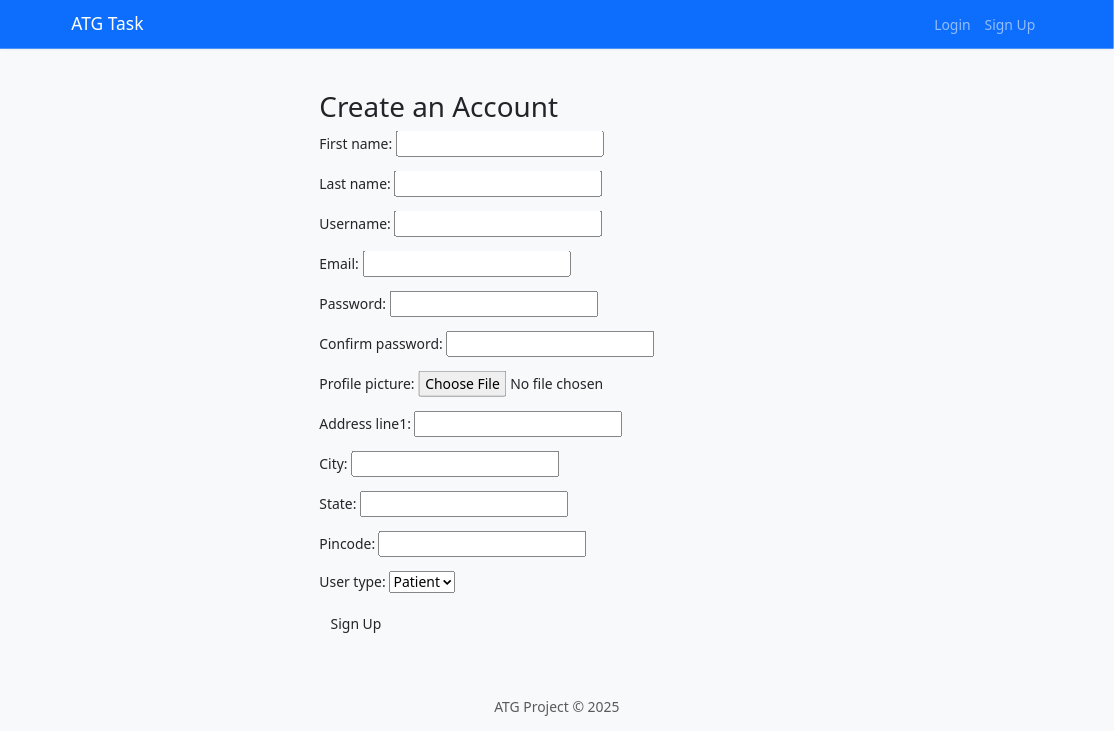
Repository: Syed1818/banaoprojects
Page: http://localhost/signup/
An editor plug-in stored every save of this project. The page is shown before and after the next save, followed by the edit.
The browser window is 1280 px wide. The pictures show the whole page, at 87% of full size.
The page is served by the project's application, run on Django 3.2 (manage.py). Other server files are loaded and not shown.

Above is the page before, as saved 2025-10-22 12:27:45.

### users/templates/users/signup.html
{% extends 'users/base.html' %}

{% block content %}
    <h2>Create an Account</h2>
    <form method="post" enctype="multipart/form-data">
        {% csrf_token %}
        {{ form.as_p }}
        <button type="submit" class="btn">Sign Up</button>
    </form>
{% endblock %}

### users/templates/users/base.html
<!DOCTYPE html>
<html lang="en">
<head>
    <meta charset="UTF-8">
    <meta name="viewport" content="width=device-width, initial-scale=1.0">
    <title>ATG Task</title>

    <link href="https://cdn.jsdelivr.net/npm/bootstrap@5.3.3/dist/css/bootstrap.min.css" rel="stylesheet" integrity="sha384-QWTKZyjpPEjISv5WaRU9OFeRpok6YctnYmDr5pNlyT2bRjXh0JMhjY6hW+ALEwIH" crossorigin="anonymous">

    <style>
        /* A little extra style for a nice background */
        body {
            background-color: #f8f9fa;
        }
    </style>
</head>
<body class="d-flex flex-column min-vh-100">

    <nav class="navbar navbar-expand-lg navbar-dark bg-primary shadow-sm">
        <div class="container">
            <a class="navbar-brand" href="/">ATG Task</a>
            <button class="navbar-toggler" type="button" data-bs-toggle="collapse" data-bs-target="#navbarNav" aria-controls="navbarNav" aria-expanded="false" aria-label="Toggle navigation">
                <span class="navbar-toggler-icon"></span>
            </button>
            <div class="collapse navbar-collapse" id="navbarNav">
                <ul class="navbar-nav ms-auto">
                    {% if user.is_authenticated %}
                        <li class="nav-item">
                            <span class="navbar-text me-3">
                                Hi, {{ user.first_name }}!
                            </span>
                        </li>
                        <li class="nav-item">
                            <a class="btn btn-danger" href="{% url 'logout' %}">Logout</a>
                        </li>
                    {% else %}
                        <li class="nav-item">
                            <a class="nav-link" href="{% url 'login' %}">Login</a>
                        </li>
                        <li class="nav-item">
                            <a class="nav-link" href="{% url 'signup' %}">Sign Up</a>
                        </li>
                    {% endif %}
                </ul>
            </div>
        </div>
    </nav>

    <div class="container mt-5 mb-5">
        <div class="row justify-content-center">
            <div class="col-md-8 col-lg-6">
                {% block content %}
                {% endblock %}
            </div>
        </div>
    </div>

    <footer class="mt-auto py-3 bg-light text-center">
        <div class="container">
            <span class="text-muted">ATG Project &copy; 2025</span>
        </div>
    </footer>

    <script src="https://cdn.jsdelivr.net/npm/bootstrap@5.3.3/dist/js/bootstrap.bundle.min.js" integrity="sha384-YvpcrYf0tY3lHB60NNkmXc5s9fDVZLESaAA55NDzOxhy9GkcIdslK1eN7N6jIeHz" crossorigin="anonymous"></script>
</body>
</html>

### users/forms.py
# users/forms.py (Create this new file)

from django import forms
from .models import Profile
from django.contrib.auth.models import User

class SignUpForm(forms.Form):
    # Fields from built-in User model
    first_name = forms.CharField(max_length=100, required=True)
    last_name = forms.CharField(max_length=100, required=True)
    username = forms.CharField(max_length=100, required=True)
    email = forms.EmailField(required=True)
    password = forms.CharField(widget=forms.PasswordInput, required=True)
    confirm_password = forms.CharField(widget=forms.PasswordInput, required=True)

    # Fields from our Profile model
    profile_picture = forms.ImageField(required=True)
    address_line1 = forms.CharField(max_length=255, required=True)
    city = forms.CharField(max_length=100, required=True)
    state = forms.CharField(max_length=100, required=True)
    pincode = forms.CharField(max_length=6, required=True)
    user_type = forms.ChoiceField(choices=Profile.USER_TYPE_CHOICES, required=True)

    # Check for unique username
    def clean_username(self):
        username = self.cleaned_data.get('username')
        if User.objects.filter(username=username).exists():
            raise forms.ValidationError("This username is already taken.")
        return username

    # Check for unique email
    def clean_email(self):
        email = self.cleaned_data.get('email')
        if User.objects.filter(email=email).exists():
            raise forms.ValidationError("This email is already in use.")
        return email

    # Check if passwords match (Task requirement 3)
    def clean(self):
        cleaned_data = super().clean()
        password = cleaned_data.get("password")
        confirm_password = cleaned_data.get("confirm_password")

        if password and confirm_password and password != confirm_password:
            self.add_error('confirm_password', "Passwords do not match.")

### users/views.py
# users/views.py

from django.shortcuts import render, redirect
from django.contrib.auth import login, authenticate, logout
from django.contrib.auth.forms import AuthenticationForm
from django.contrib.auth.models import User
from django.contrib.auth.decorators import login_required
from .forms import SignUpForm
from .models import Profile

def signup_view(request):
    if request.user.is_authenticated:
        # If user is already logged in, redirect them
        if request.user.profile.user_type == 'doctor':
            return redirect('doctor_dashboard')
        return redirect('patient_dashboard')

    if request.method == 'POST':
        # Pass POST data and FILES data (for the image) to the form
        form = SignUpForm(request.POST, request.FILES)
        if form.is_valid():
            data = form.cleaned_data

            # Create the User object
            user = User.objects.create_user(
                username=data['username'],
                email=data['email'],
                password=data['password'],
                first_name=data['first_name'],
                last_name=data['last_name']
            )

            # Create the Profile object linked to the user
            profile = Profile.objects.create(
                user=user,
                profile_picture=data['profile_picture'],
                address_line1=data['address_line1'],
                city=data['city'],
                state=data['state'],
                pincode=data['pincode'],
                user_type=data['user_type']
            )

            # Log the user in
            login(request, user)

            # Redirect to the correct dashboard
            if profile.user_type == 'doctor':
                return redirect('doctor_dashboard')
            else:
                return redirect('patient_dashboard')
    else:
        form = SignUpForm()

    return render(request, 'users/signup.html', {'form': form})

def login_view(request):
    if request.user.is_authenticated:
        # If user is already logged in, redirect them
        if request.user.profile.user_type == 'doctor':
            return redirect('doctor_dashboard')
        return redirect('patient_dashboard')

    if request.method == 'POST':
        form = AuthenticationForm(request, data=request.POST)
        if form.is_valid():
            username = form.cleaned_data.get('username')
            password = form.cleaned_data.get('password')
            user = authenticate(username=username, password=password)

            if user is not None:
                login(request, user)
                # Redirect based on user type (Task requirement)
                if user.profile.user_type == 'doctor':
                    return redirect('doctor_dashboard')
                else:
                    return redirect('patient_dashboard')
    else:
        form = AuthenticationForm()

    return render(request, 'users/login.html', {'form': form})

@login_required
def patient_dashboard(request):
    # Ensure only patients can access this page
    if request.user.profile.user_type != 'patient':
        return redirect('doctor_dashboard') # Or a 403 forbidden page

    profile = request.user.profile
    return render(request, 'users/dashboard.html', {'profile': profile})

@login_required
def doctor_dashboard(request):
    # Ensure only doctors can access this page
    if request.user.profile.user_type != 'doctor':
        return redirect('patient_dashboard') # Or a 403 forbidden page

    profile = request.user.profile
    return render(request, 'users/dashboard.html', {'profile': profile})

def logout_view(request):
    logout(request)
    return redirect('login')

### atg_project/urls.py
# atg_project/urls.py

from django.contrib import admin
from django.urls import path, include
from django.conf import settings
from django.conf.urls.static import static

urlpatterns = [
    path('admin/', admin.site.urls),
    path('', include('users.urls')), # Include your app's URLs
]

# Add this line to serve media files during development
if settings.DEBUG:
    urlpatterns += static(settings.MEDIA_URL, document_root=settings.MEDIA_ROOT)

### users/urls.py
# users/urls.py (Create this new file)

from django.urls import path
from . import views

urlpatterns = [
    path('signup/', views.signup_view, name='signup'),
    path('login/', views.login_view, name='login'),
    path('logout/', views.logout_view, name='logout'),
    path('dashboard/patient/', views.patient_dashboard, name='patient_dashboard'),
    path('dashboard/doctor/', views.doctor_dashboard, name='doctor_dashboard'),

    # Make the login page the default home page
    path('', views.login_view, name='home'),
]

After the next save:
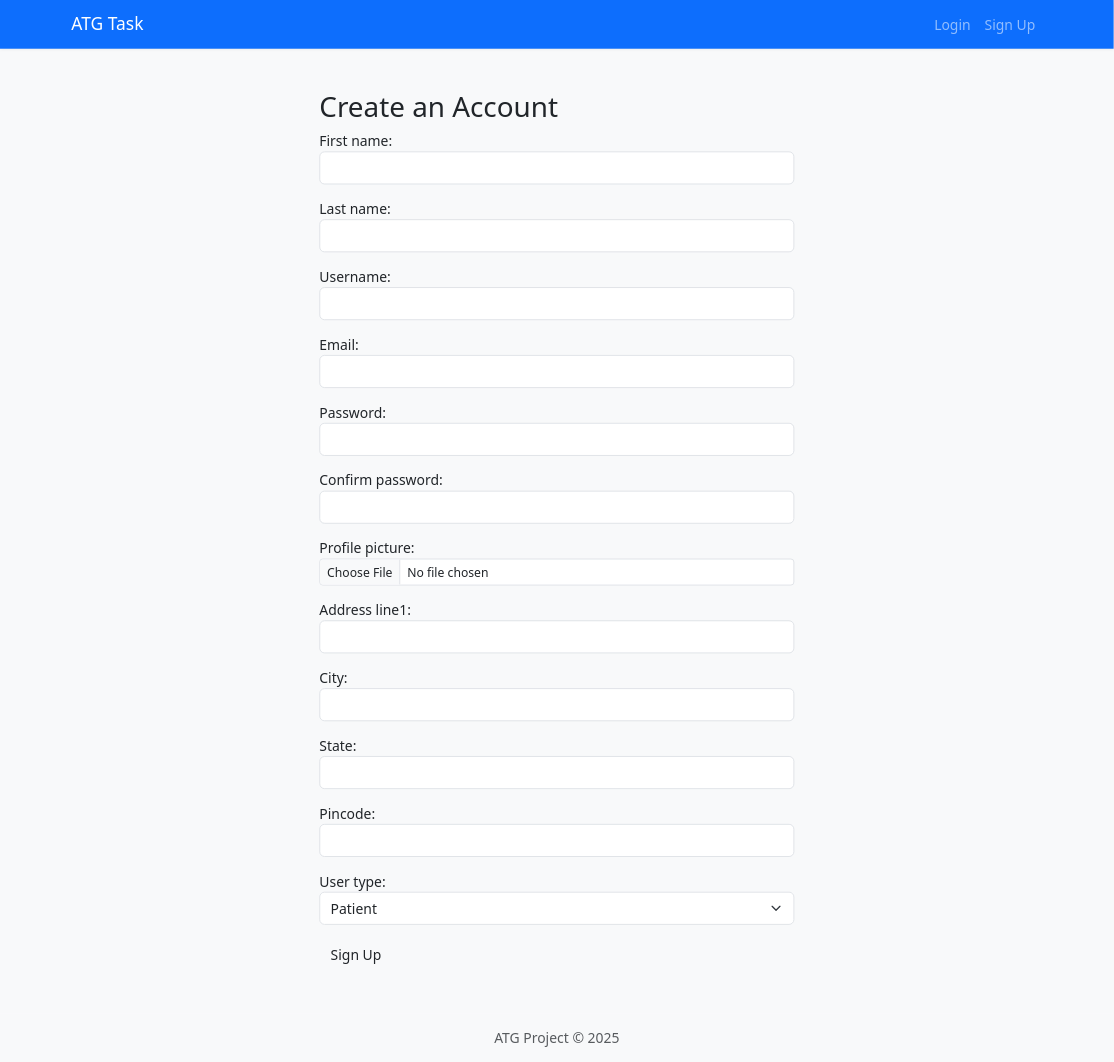
Saved 36 s later.
--- a/users/forms.py
+++ b/users/forms.py
@@ -1,11 +1,11 @@
-# users/forms.py (Create this new file)
-
 from django import forms
 from .models import Profile
 from django.contrib.auth.models import User
+# Import the default login form
+from django.contrib.auth.forms import AuthenticationForm
 
 class SignUpForm(forms.Form):
-    # Fields from built-in User model
+    # ... (all your fields are the same)
     first_name = forms.CharField(max_length=100, required=True)
     last_name = forms.CharField(max_length=100, required=True)
     username = forms.CharField(max_length=100, required=True)
@@ -13,7 +13,6 @@ class SignUpForm(forms.Form):
     password = forms.CharField(widget=forms.PasswordInput, required=True)
     confirm_password = forms.CharField(widget=forms.PasswordInput, required=True)
 
-    # Fields from our Profile model
     profile_picture = forms.ImageField(required=True)
     address_line1 = forms.CharField(max_length=255, required=True)
     city = forms.CharField(max_length=100, required=True)
@@ -21,25 +20,51 @@ class SignUpForm(forms.Form):
     pincode = forms.CharField(max_length=6, required=True)
     user_type = forms.ChoiceField(choices=Profile.USER_TYPE_CHOICES, required=True)
 
-    # Check for unique username
+    # --- ADD THIS __init__ METHOD ---
+    def __init__(self, *args, **kwargs):
+        super(SignUpForm, self).__init__(*args, **kwargs)
+        # Loop through all fields and add the 'form-control' class
+        for field_name, field in self.fields.items():
+            field.widget.attrs['class'] = 'form-control'
+
+            # Special case for the profile picture (file input)
+            if field_name == 'profile_picture':
+                field.widget.attrs['class'] = 'form-control form-control-sm'
+            # Special case for the user_type (select dropdown)
+            if field_name == 'user_type':
+                field.widget.attrs['class'] = 'form-select'
+
+    # ... (all your 'clean' methods are the same)
     def clean_username(self):
+        # ... (same as before)
         username = self.cleaned_data.get('username')
         if User.objects.filter(username=username).exists():
             raise forms.ValidationError("This username is already taken.")
         return username
 
-    # Check for unique email
     def clean_email(self):
+        # ... (same as before)
         email = self.cleaned_data.get('email')
         if User.objects.filter(email=email).exists():
             raise forms.ValidationError("This email is already in use.")
         return email
 
-    # Check if passwords match (Task requirement 3)
     def clean(self):
+        # ... (same as before)
         cleaned_data = super().clean()
         password = cleaned_data.get("password")
         confirm_password = cleaned_data.get("confirm_password")
 
         if password and confirm_password and password != confirm_password:
             self.add_error('confirm_password', "Passwords do not match.")
+
+
+# --- ADD THIS NEW LOGIN FORM ---
+class LoginForm(AuthenticationForm):
+    def __init__(self, *args, **kwargs):
+        super(LoginForm, self).__init__(*args, **kwargs)
+        # Add 'form-control' to username and password fields
+        self.fields['username'].widget.attrs['class'] = 'form-control'
+        self.fields['username'].widget.attrs['placeholder'] = 'Username'
+        self.fields['password'].widget.attrs['class'] = 'form-control'
+        self.fields['password'].widget.attrs['placeholder'] = 'Password'
